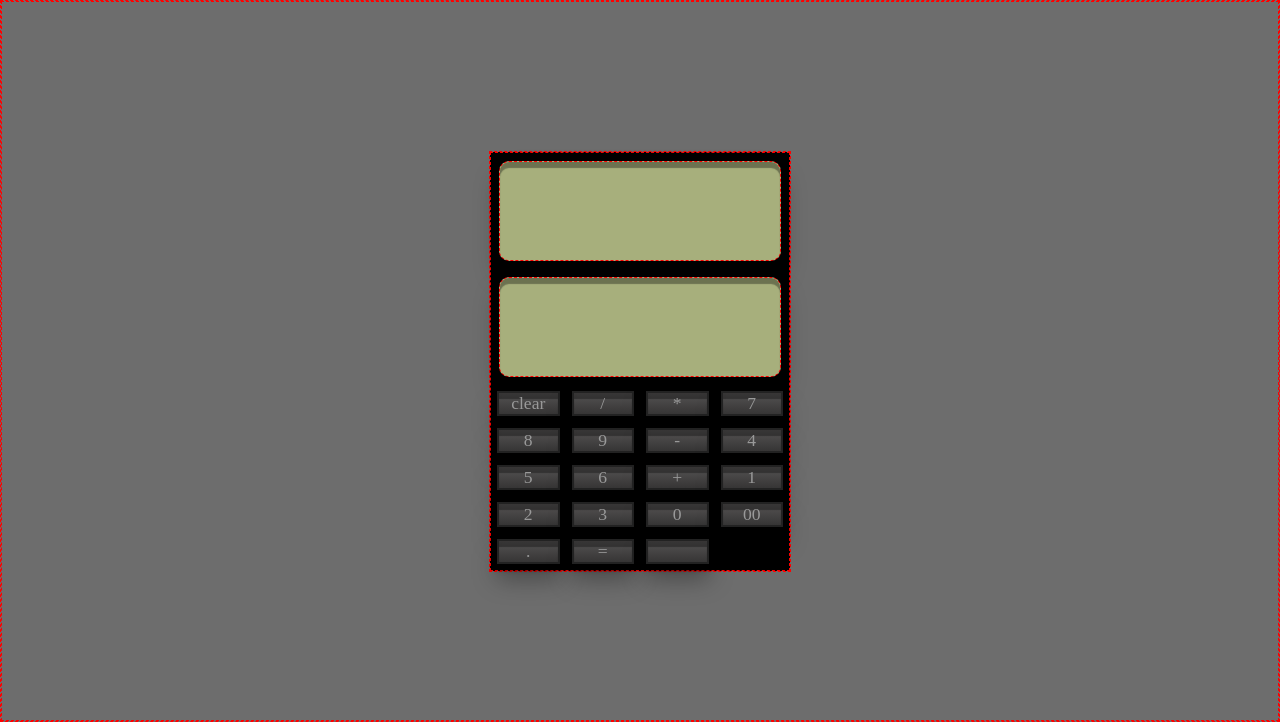
Repository: JunaidAnsari202/calculator
Page: index.html
An editor plug-in stored every save of this project. The page is shown before and after the next save, followed by the edit.
The browser window is 1280 px wide. The pictures show the whole page.

Above is the page before, as saved 2023-10-28 00:18:52.

### index.html
<!DOCTYPE html>
<html lang="en">
<head>
    <meta charset="UTF-8">
    <meta name="viewport" content="width=device-width, initial-scale=1.0">
    <title>Document</title>
    <link rel="stylesheet" href="style.css">
</head>
<body>

    <div class="caculator">
        <div class="button">
            <h2 id="value"></h2>
            <textarea name="" id="value" cols="1" rows="1"></textarea>
            <span id="clear">clear</span>
            <span>/</span>
            <span>*</span>
            <span>7</span>
            <span>8</span>
            <span>9</span>
            <span>-</span>
            <span>4</span>
            <span>5</span>
            <span>6</span>
            <span id="plus">+</span>
            <span>1</span>
            <span>2</span>
            <span>3</span>
            <span>0</span>
            <span>00</span>
            <span>.</span>
            <span id="equal">=</span>
            <span></span>
        </div>
    </div>
    <script src="script.js"></script>
</body>
</html>

### style.css
*{
    padding: 0;
    margin: 0;
    box-sizing: border-box;
    border: 1px red dashed;
}

body{
    display: flex;
    justify-content: center;
    align-items: center;
    height: 100vh;
    background-color: rgb(109, 109, 109);
}
.calculator{
    position: relative;
    width: 300px;
}

.button{
    position: relative;
    display: grid;
    background-color: black;
    width: 300px;
}

#value{
    width: 2em; /* Adjust the width as needed */
    height: 1.2em; /* Adjust the height as needed */
    resize: none;

    position: relative;
    margin: 8px;
    grid-column: span 4;
    height: 100px;
    line-height: 100px;
    padding: 0 20px ;
    border-radius: 10px;
    background-color: #a7af7c;
    text-align: right;
    font-size: 1.5 rem;
    color: #3a3c2e;
    overflow: hidden;
    box-shadow: inset 0 6px 1px 0 rgba(0,0,0,0.35),
    0 5px 5px rgba(0,0,0,0.5),0 15px 25px rgba(0,0,0,0.35);
    width: calc(100% - 16px);
}


span{
    position: relative;
    pad: 10px;
    margin: 6px;
    min-width: 40px;
    font-size: 1.1rem;
    display: flex;
    justify-content: center;
    align-items: center;
    color: #999;
    border: 2px solid #222;
    background: linear-gradient(#555353,#363535);
    box-shadow: inset 0 6px 1px 0 rgba(0,0,0,0.35),
    0 5px 5px rgba(0,0,0,0.5),0 15px 25px rgba(0,0,0,0.35);
    user-select: none;
    cursor: pointer;
}

span::before{
    content: "";
    position: absolute;
    border-top: 2px solid #ccc;
    filter: blur(2px);
}

### script.js
let buttons=document.querySelector(".button");
let btn=document.querySelectorAll("span");
let value=document.getElementById("value");

for(let i =0;i<btn.length;i++){
    btn[i].addEventListener("click",function(){
        if(this.innerHTML == "="){
            value.innerHTML = eval(value.innerHTML);

        }
        else{
            if(this.innerHTML== "clear"){
                value.innerHTML = " ";
            }else{
                value.innerHTML += this.innerHTML;
            }
        }
    })
}

After the next save:
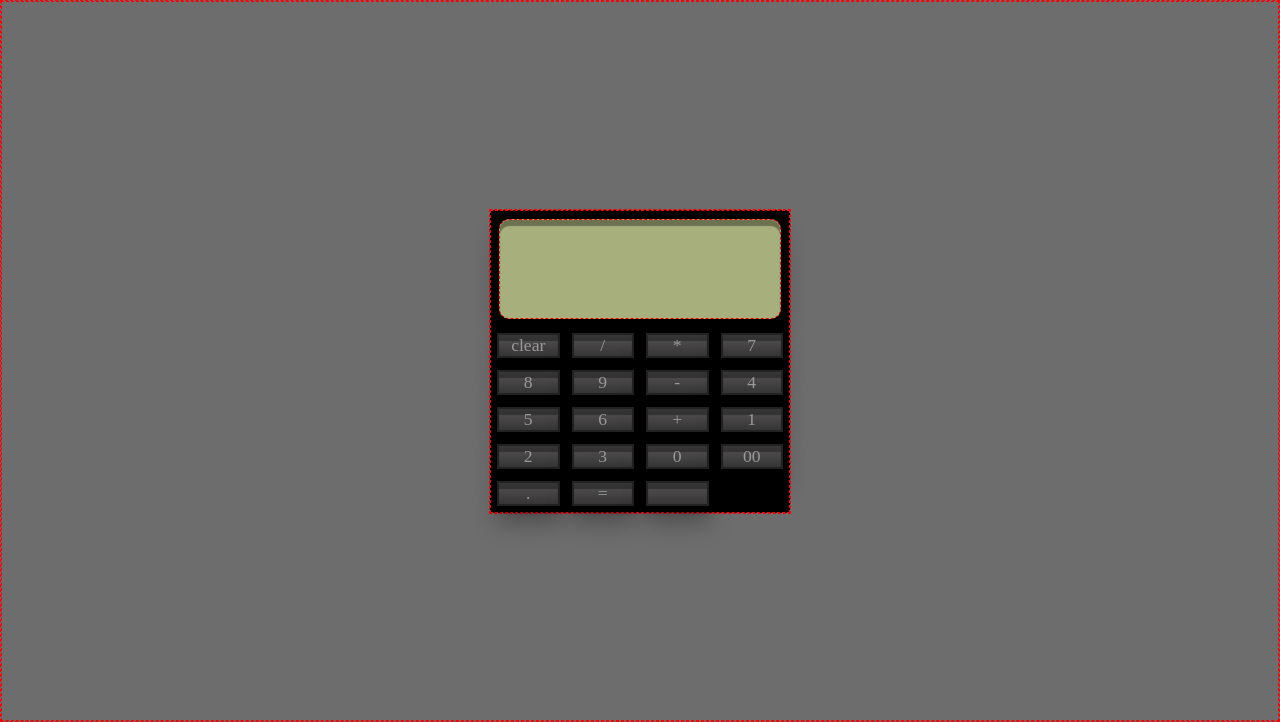
Saved 3 s later.
--- a/index.html
+++ b/index.html
@@ -10,7 +10,7 @@
 
     <div class="caculator">
         <div class="button">
-            <h2 id="value"></h2>
+            <!-- <h2 id="value"></h2> -->
             <textarea name="" id="value" cols="1" rows="1"></textarea>
             <span id="clear">clear</span>
             <span>/</span>
